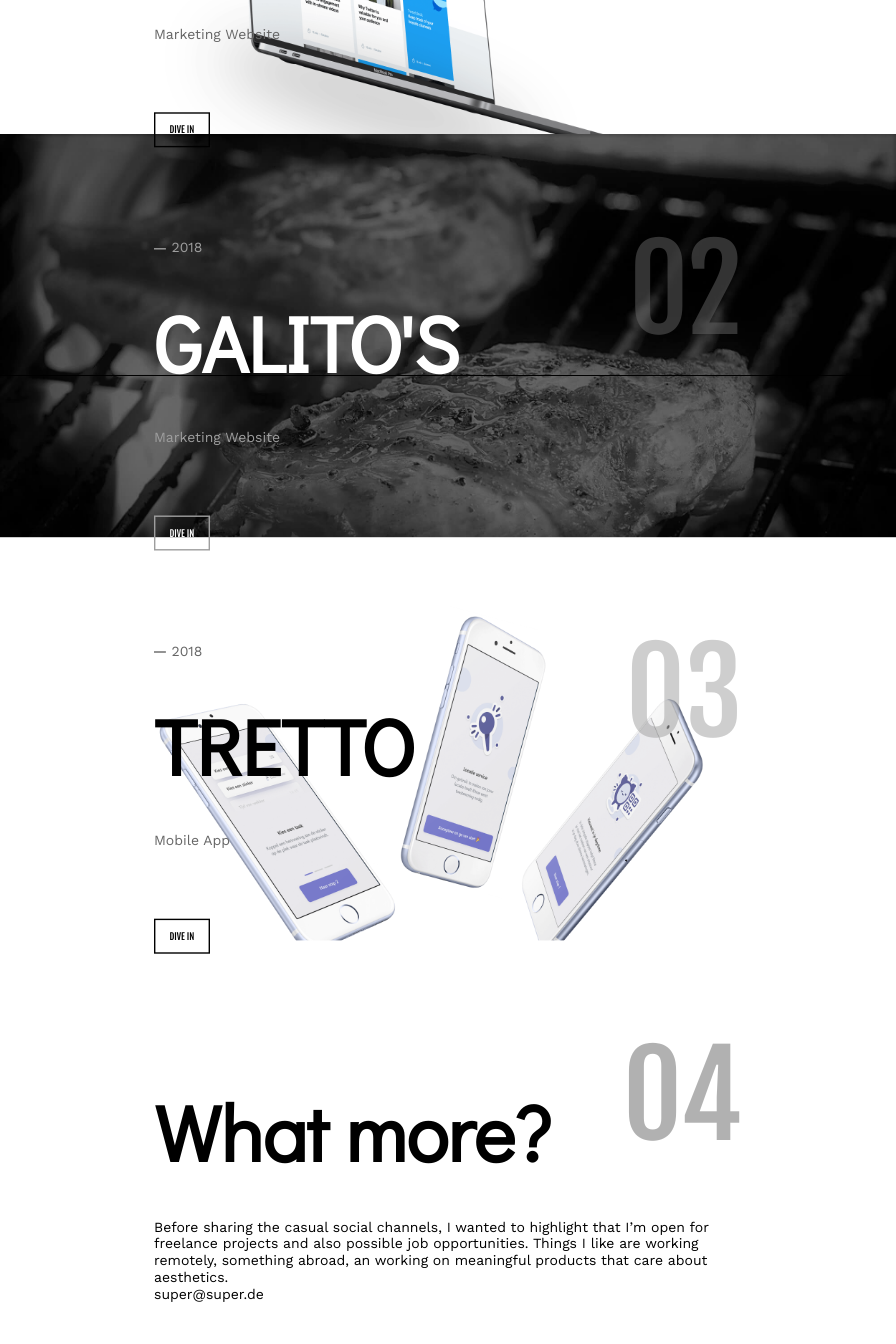
Repository: m0lt/DigitalDesigner
Page: index.html
These files come from the project's save history. The page is drawn as it stood at one moment and after the next save; the edit follows.
The browser window is 1280 px wide. The pictures show the part of the page from y = 2368 to 4288 px (the page is 4288 px tall), at 70% of full size.
Backgrounds fixed to the window are drawn as part of the page.

Above is the page before, as saved 2025-07-08 11:33:39.

### index.html
<!DOCTYPE html>
<html lang="en">
  <head>
    <meta charset="UTF-8" />
    <meta name="viewport" content="width=device-width, initial-scale=1.0" />
    <link rel="stylesheet" href="./assets/css/styles.css" />
    <link rel="stylesheet" href="./assets/css/styles.css" />
    <title>Project 1</title>
  </head>
  <body>
    <header></header>
    <main>
      <section id="hero">
        <p>Super Portfolio of</p>
        <h1>DIGITAL<br />DESIGNER</h1>
        <img src="./assets/img/portfolio1.jpeg" alt="Man Jumping on Rock" />
        <p>WORK</p>
      </section>
      <section id="ORBIS" class="dark content">
        <p class="Year">2019</p>
        <h2>ORBIS</h2>
        <p>Corporate Website</p>
        <button>DIVE IN</button>
        <p class="number">01</p>
      </section>
      <section id="ROLLR" class="light content">
        <p class="Year">2019</p>
        <h2>ROLLR</h2>
        <p>Marketing Website</p>
        <button>DIVE IN</button>
        <p class="number">02</p>
      </section>
      <section id="GALITOS" class="dark content">
        <p class="Year">2018</p>
        <h2>GALITO'S</h2>
        <p>Marketing Website</p>
        <button>DIVE IN</button>
        <p class="number">03</p>
      </section>
      <section id="TRETTO" class="light content">
        <p class="Year">2018</p>
        <h2>TRETTO</h2>
        <p>Mobile App</p>
        <button>DIVE IN</button>
        <p class="number">04</p>
      </section>
      <section id="more" class="content">
        <h2>What more?</h2>
        <div>
          <p>
            Before sharing the casual social channels, I wanted to highlight that I’m open for freelance projects and
            also possible job opportunities. Things I like are working remotely, something abroad, an working on
            meaningful products that care about aesthetics.
          </p>
          <p>super@super.de</p>
        </div>
      </section>
    </main>
    <footer></footer>
  </body>
</html>

### assets/css/styles.css
* {
  box-sizing: border-box;
  margin: 0;
  padding: 0;
}

:root {
  --void: #000;
  --bright: #fff;
  --dark: #333;
  --mid: #666;
  --light: #9e9e9e;
  --font-size: 16px;
}

@font-face {
  font-family: "Didact Gothic";
  src: url(../font/Didact_Gothic/DidactGothic-Regular.ttf);
}
@font-face {
  font-family: "Fjalla One";
  src: url(../font/Fjalla_One/FjallaOne-Regular.ttf);
}
@font-face {
  font-family: "Work Sans";
  src: url(../font/Work_Sans/WorkSans-VariableFont_wght.ttf);
}

html {
}

h1 {
  font-family: "Didact Gothic";
  font-size: 100px;
  font-weight: 100px;
  letter-spacing: -2px;
  margin: 30px;
}

h2 {
  font-family: "Didact Gothic";
  font-size: 112px;
  padding: 50px 0 50px 0;
}

.content {
  margin: 0 auto;
  padding: 150px 220px;
  height: 80vh;
  background-repeat: no-repeat;
  background-attachment: fixed;
  background-size: cover;
}

.content p {
  font-family: "Work Sans";
  font-size: 20px;
}

/* Strich vor der Jahreszahl */
.Year::before {
  content: "";
  display: inline-block;
  width: 17px;
  height: 2px;
  margin-right: 8px;
  vertical-align: middle;
}

button {
  border-width: 2px;
  border-style: solid;
  padding: 15px 20px;
  margin: 100px 0;
  background-color: transparent;
  font-family: "Fjalla One";
}

p.number {
  font-size: 165px;
  opacity: 50%;
  font-family: "Fjalla One";
  text-align: end;
}

/* !=============Color Scheme: Dark=============== */
.dark p {
  color: var(--light);
}
.dark h2 {
  color: var(--bright);
}
.dark button {
  border-color: var(--light);
  color: var(--bright);
}
.dark .Year::before {
  background-color: var(--light);
}

/* !=============Color Scheme: Light=============== */

.light p {
  color: var(--mid);
}
.light h2 {
  color: var(--void);
}
.light button {
  border-color: var(--void);
  color: var(--void);
}
.light .Year::before {
  background-color: var(--mid);
}

/* #==============Sections=============== */

#hero {
  text-align: center;
  margin: 20px;
}
#hero p {
  font-family: "Work Sans";
}
#hero p:nth-of-type(1) {
  font-size: 20px;
}
#hero p:nth-of-type(2) {
  margin: 50px;
  font-size: 160px;
}

#ORBIS {
  background-image: url("../img/portfolio2.jpg");
}

#ROLLR {
  background-image: url("../img/portfolio3.png");
}

#GALITOS {
  background-image: url("../img/portfolio4.jpg");
}

#TRETTO {
  background-image: url("../img/portfolio5.png");
}

#more {
}

After the next save:
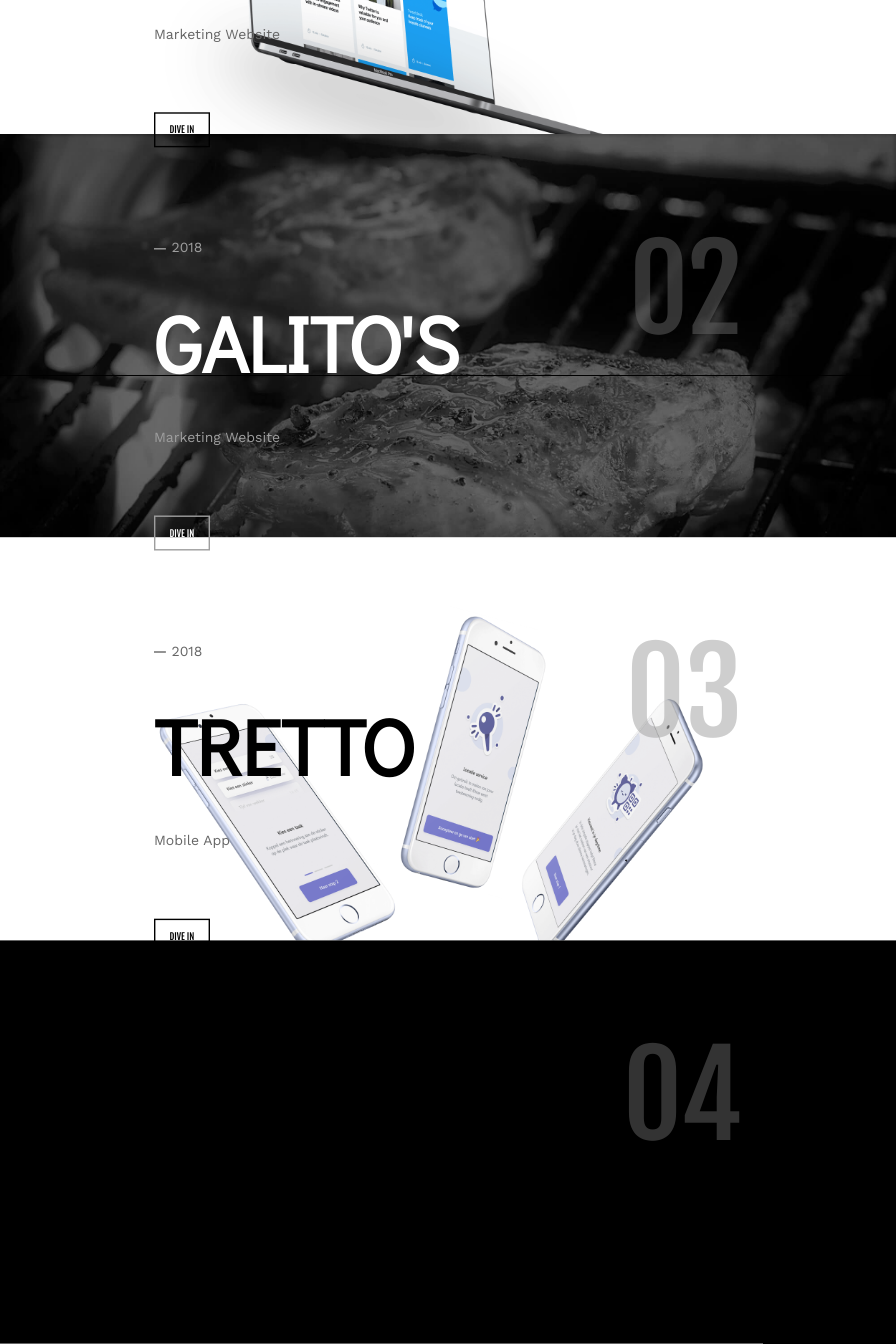
Saved 16 s later.
--- a/assets/css/styles.css
+++ b/assets/css/styles.css
@@ -148,4 +148,5 @@
 }
 
 #more {
+  background-color: var(--void);
 }
